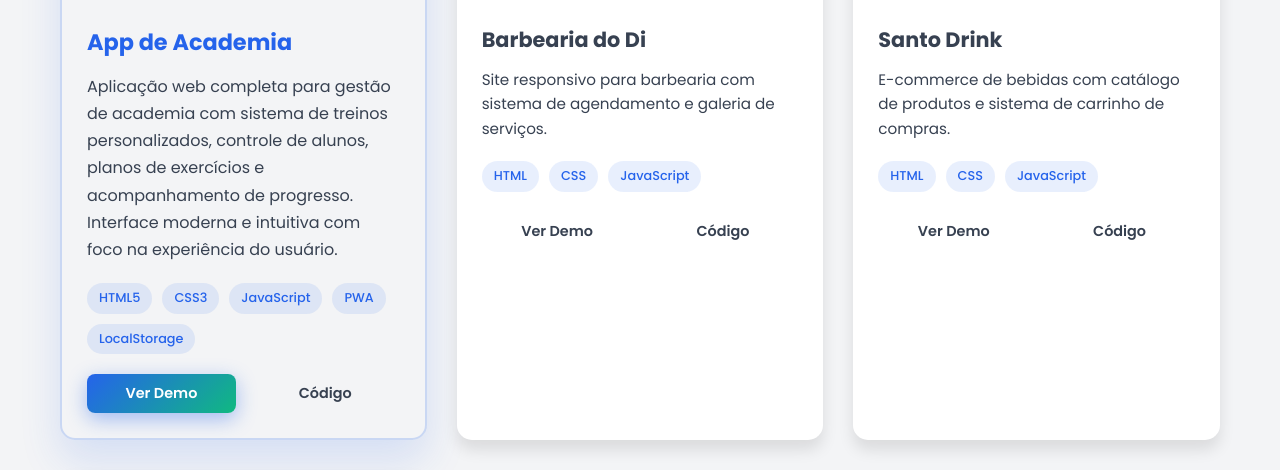
Repository: MichelAlmeida1990/Portfolio-Profissional
Page: index.html
The author's editor kept a copy of each file at every save. The page is drawn from the files as they stood at one save, then again after the next save.
The browser window is 1280 px wide. The pictures show the part of the page from y = 3338 to 3808 px (the page is 6494 px tall before and 6616 px after).
Pictures or frames that could not be fetched are drawn as grey boxes.

Above is the page before, as saved 2025-06-25 14:02:02.

After the next save:
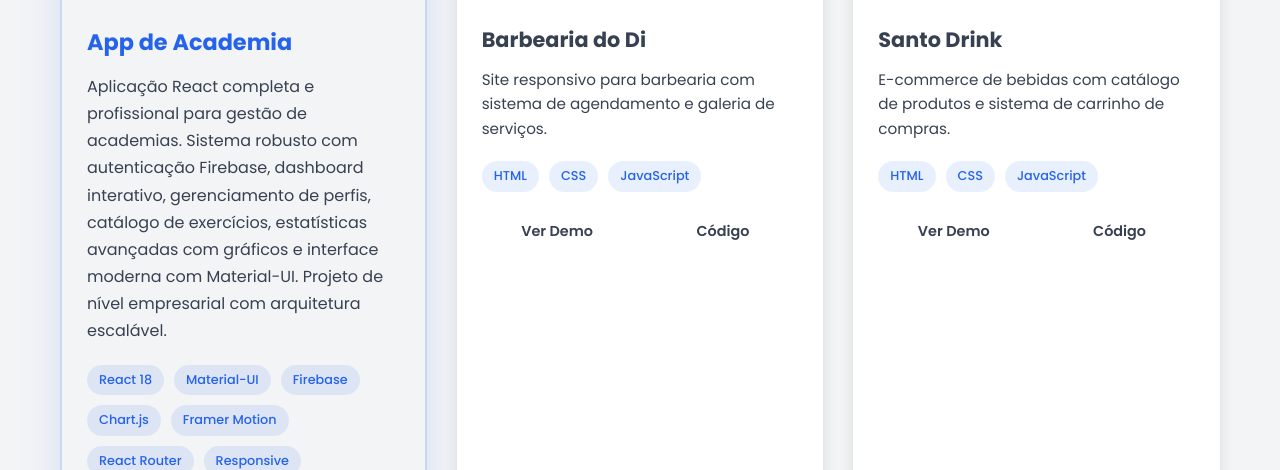
Saved 110 s later.
--- a/index.html
+++ b/index.html
@@ -323,13 +323,15 @@
                 </div>
                 <div class="project-info">
                     <h3>App de Academia</h3>
-                    <p>Aplicação web completa para gestão de academia com sistema de treinos personalizados, controle de alunos, planos de exercícios e acompanhamento de progresso. Interface moderna e intuitiva com foco na experiência do usuário.</p>
+                    <p>Aplicação React completa e profissional para gestão de academias. Sistema robusto com autenticação Firebase, dashboard interativo, gerenciamento de perfis, catálogo de exercícios, estatísticas avançadas com gráficos e interface moderna com Material-UI. Projeto de nível empresarial com arquitetura escalável.</p>
                     <div class="project-tags">
-                        <span>HTML5</span>
-                        <span>CSS3</span>
-                        <span>JavaScript</span>
-                        <span>PWA</span>
-                        <span>LocalStorage</span>
+                        <span>React 18</span>
+                        <span>Material-UI</span>
+                        <span>Firebase</span>
+                        <span>Chart.js</span>
+                        <span>Framer Motion</span>
+                        <span>React Router</span>
+                        <span>Responsive</span>
                     </div>
                     <div class="project-links">
                         <a href="https://michelalmeida1990.github.io/App-de-academia/" target="_blank" class="btn primary-btn">Ver Demo</a>
